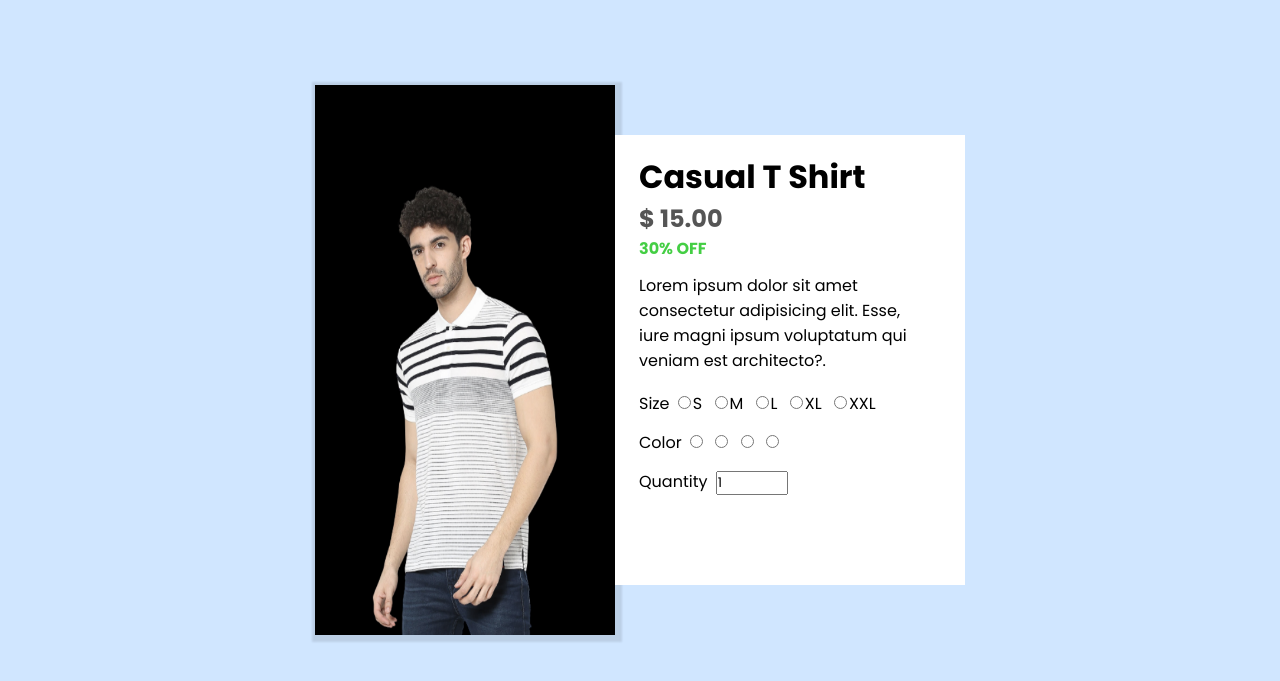
Repository: Ankitkr2021/Product-Page
Page: index.html
These files come from the project's save history. The page is drawn as it stood at one moment and after the next save; the edit follows.
The browser window is 1280 px wide. The pictures show the whole page.

Above is the page before, as saved 2025-10-24 11:19:42.

After the next save:
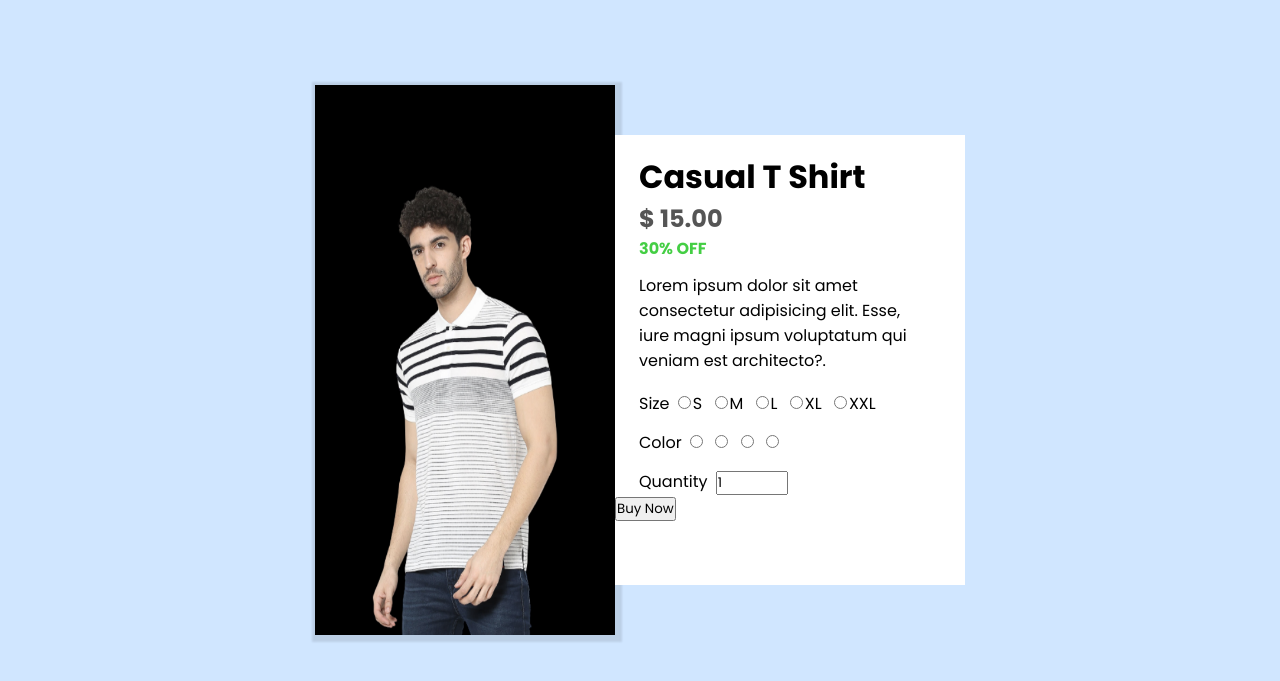
Saved 22 s later.
--- a/index.html
+++ b/index.html
@@ -39,6 +39,8 @@
             Quantity
             <label><input type="number" id="qty" name="qty" min="1" max="10" value="1"></label>
         </div>
+
+        <button> Buy Now</button>
     </div>
     </div>
 </body>
